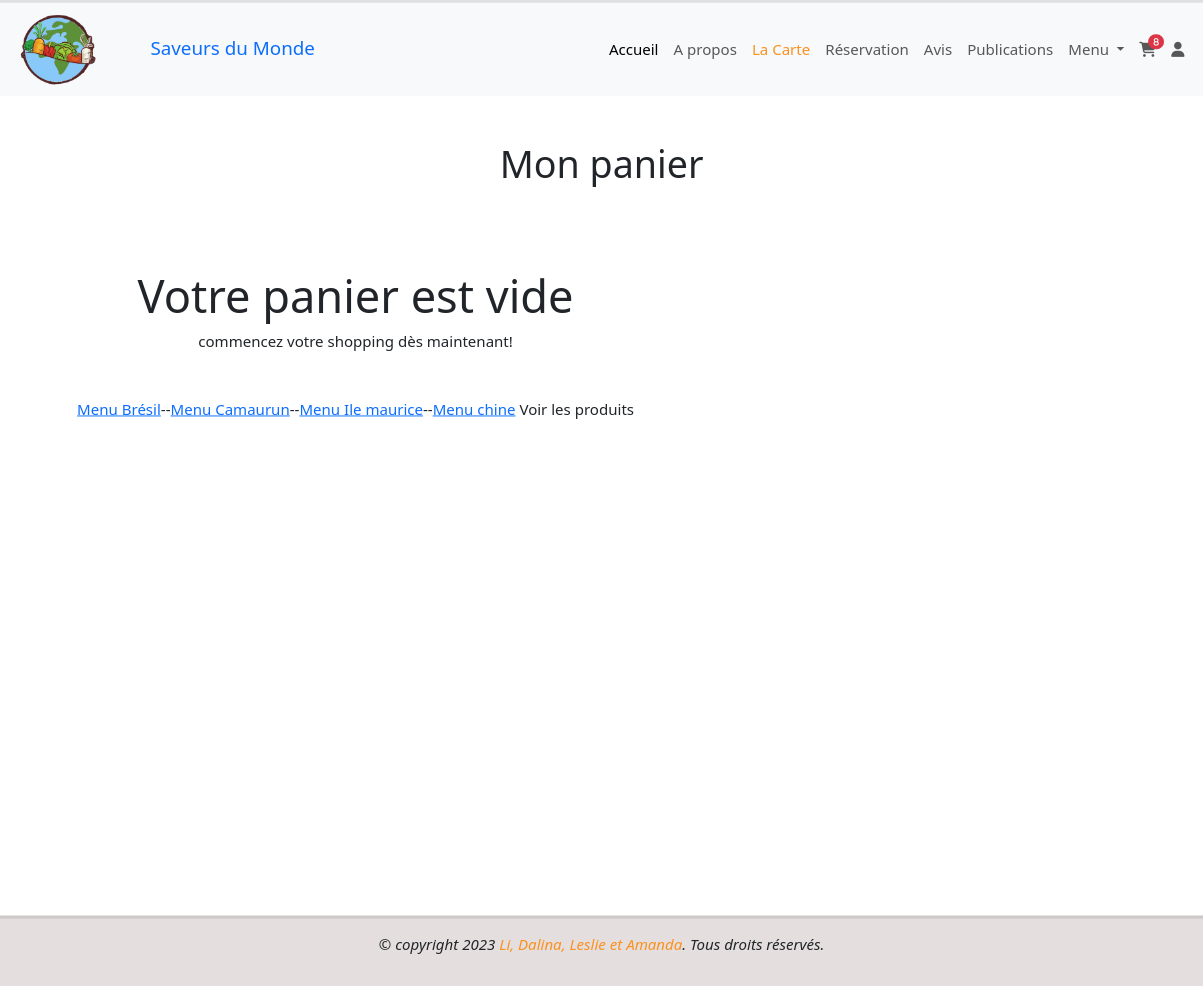
Repository: LI8538/saveur-du-monde
Page: templates/cart/index.html.twig
These files come from the project's save history. The page is drawn as it stood at one moment and after the next save; the edit follows.
The browser window is 1280 px wide. The pictures show the whole page, at 94% of full size.
The page is a Twig template of a Symfony application; nobody is signed in and links lead nowhere. The template is opened directly, without the code that normally fills it, so the values that code supplies are empty.

Above is the page before, as saved 2023-09-07 06:04:17.

### templates/cart/index.html.twig
{% extends 'base.html.twig' %}


{% block title %}Mon Panier{% endblock %}

{% block body %}
<style>
.fa-trash{
    color: red;
}
</style>
<section class="d-flex flex-column text-center justify-content-center mt-5">
<h1>Mon panier</h1>
{% if cart|length > 0 %}
{% set total = null %}
{% for item in cart %}
{% set total = total + (item.product.price * item.quantity) %}
{% set itemTotal = item.product.price * item.quantity %}
<table class="table w-75">
  <thead>
    <tr>
      <th scope="col">Menu</th>
      <th scope="col">Produit</th>
      <th scope="col">Prix Unitaire</th>
      <th scope="col">Quantité</th>
      <th scope="col">Prix par Quantité</th>
    </tr>
  </thead>
  <tbody>
    <tr>
      <td>{{ item.product.category }}</td>
      <td>{{item.product.title}}</td>
      <td>{{ item.product.price }}€</td>
      <td><div class="d-flex flex-row"><a href="{{path('cart_add',{id:item.product.id})}}" class="btn btn-icon fs-xl" data-increment>+</a>
      <input class="form-control w-25" type="number" value="{{item.quantity}}" readonly
        >
      <a href="{{ path('cart_decrease',{id:item.product.id}) }}" class="btn btn-icon fs-xl" data-decrement>-</a></div></td>
       <td>{{ (itemTotal) |number_format(2,',','.') }}€</td>
       <td><div class="nav justify-content-end mt-n5 mt-sm-n3">
    <a class="nav-link fs xl p-2" href="{{ path('cart_remove',{id:item.product.id}) }}" data-bs-toggle="tooltip" title="Remove">
    <i class="fa-solid fa-trash"></i>
    </a>
    </div></td>
    </tr>
    {% endfor %}

    {# Table Total Global #}
    <tr>
      <td><p class="fs-4 mb-2 justify-content-end">Total: {{ (total )|number_format(2,',','.') }} €</p></td>
      <td><a href="{{ path('app_payment', {'totalAmount': total}) }}"><button onclick="">
							 Valider mon panier<i class="fa-solid fa-cart-shopping position-relative"></i>
						</button></a></td>
    </tr>
  </tbody>
</table>


{% else %}
<div class="container d-flex flex-colum justfy-content-center min-vh-100 py-5">
    <div class="text-center pt-4 mt-lg-2">
        <h1 class="display-5">Votre panier est vide</h1>
        <p class="fs-lg pb-2 pb-md-0 mb-4 mb-md-5">commencez votre shopping dès maintenant!</p>
        <a href="{{path('app_bresil')}}">Menu Brésil</a>--<a href="{{path('app_cameroun')}}">Menu Camaurun</a>--<a href="{{path('app_ile_maurice')}}">Menu Ile maurice</a>--<a href="{{path('app_chine')}}">Menu chine</a> Voir les produits</a>
    </div>
</div>

{% endif %}

</section>
{% endblock %}

### templates/base.html.twig
<!DOCTYPE html>
<html>
	<head>
		<meta
		charset="UTF-8">
		{# Titre #}
		<title>
			{% block title %}{% endblock %}
			| Saveurs du Monde
		</title>
		{# Favicon #}
		<link
		rel="icon" href={{ asset('img/favicon.png') }}>
		{# Feuille de Style #}
		<link
		rel="stylesheet" href="{{ asset('style.css') }}">
		{# le lien CDN bootstrap#}
		<link
		href="https://cdn.jsdelivr.net/npm/bootstrap@5.3.1/dist/css/bootstrap.min.css" rel="stylesheet" integrity="sha384-4bw+/aepP/YC94hEpVNVgiZdgIC5+VKNBQNGCHeKRQN+PtmoHDEXuppvnDJzQIu9" crossorigin="anonymous">
		{# le lien CDN FontAwesome #}
		<link rel="stylesheet" href="https://cdnjs.cloudflare.com/ajax/libs/font-awesome/6.4.2/css/all.min.css" integrity="sha512-z3gLpd7yknf1YoNbCzqRKc4qyor8gaKU1qmn+CShxbuBusANI9QpRohGBreCFkKxLhei6S9CQXFEbbKuqLg0DA==" crossorigin="anonymous" referrerpolicy="no-referrer"/> {% block stylesheets %}{% endblock %}
		{# le lien CDN Javascript #}
		<script defer src="https://cdn.jsdelivr.net/npm/bootstrap@5.3.1/dist/js/bootstrap.bundle.min.js" integrity="sha384-HwwvtgBNo3bZJJLYd8oVXjrBZt8cqVSpeBNS5n7C8IVInixGAoxmnlMuBnhbgrkm" crossorigin="anonymous"></script>
		{% block javascripts %}{% endblock %}
	</head>
	<body>
		<style>
			span {
				color: #fb911f;
				font-weigth: bold;
			}
			.trait {
				background-color: #fb911f;
				height: 2px;
				width: 50%;
				text-align: center;
			}

			button {
			width: 8rem;
			color: #ffff;
			background: #fb911f;
			border: none;
			text-transform: uppercase;
			letter-spacing: 2px;
		}
			.footer {
				padding: 15px 40px;
				border-top: 3px solid rgba(0, 0, 0, 0.1);
				background: rgba(228, 222, 222);
				text-align: center;
				font-weight: 300;
				font-style: italic;
			}
			.navbar {
				border-top: 3px solid rgba(0, 0, 0, 0.1);
				background: rgba(228, 222, 222);
				font-weight: 300;
				/* padding: 20px 40px; */
			}
			.containeur_produit {
				width: 300px;
  margin: 20px;
  border: 20px solid #fff;
  box-shadow: 20px 15px 35px rgba(0, 0, 0, 0.8);
}
.containeur_produit img{
  position: relative;
    top: 0;
    left: 0;
    width: 100%;
    height: 200px;
    object-fit: cover;
}
.containeur_produit button{
	width: 3rem;
	border-radius: 10%;
}
		</style>
		<nav class="navbar navbar-expand-lg bg-body-tertiary">
			<div class="container-fluid">
				<a href="{{ path('app_home') }}"><img src={{ asset('img/logo.png') }} width="100" alt="Logo Saveurs du Monde" class="me-5"></a>
				<a class=" navbar-brand me-auto ml-5 text-center text-primary" href="{{ path('app_home') }}">Saveurs du Monde</a>

				<button class="navbar-toggler" type="button" data-bs-toggle="collapse" data-bs-target="#navbarNavDropdown" aria-controls="navbarNavDropdown" aria-expanded="false" aria-label="Toggle navigation">
					<span class="navbar-toggler-icon"></span>
				</button>
				<div class="collapse navbar-collapse" id="navbarNavDropdown">
					<ul class="navbar-nav ms-auto">
						<li class="nav-item">
							<a class="nav-link active" aria-current="page" href="{{ path('app_home') }}">Accueil</a>
						</li>
						<li class="nav-item">
							<a class="nav-link" href="{{ path('app_about') }}">A propos</a>
						</li>
						<li class="nav-item">
							<a class="nav-link" href="{{ path('app_subscription') }}"><span>La Carte</span></a>
						</li>
						<li class="nav-item">
							<a class="nav-link" href="{{ path('app_reservation_new') }}">Réservation</a>
						</li>
						<li class="nav-item">
							<a class="nav-link" href="{{ path('app_review_avis') }}">Avis</a>
						</li>
						<li class="nav-item">
							<a class="nav-link" href="{{ path('app_publication_All') }}">Publications</a>
						</li>

						<li class="nav-item dropdown">
							<a class="nav-link dropdown-toggle" href="#" role="button" data-bs-toggle="dropdown" aria-expanded="false">
								Menu
							</a>
							<ul class="dropdown-menu">
								<li>
									<a class="dropdown-item" href="{{ path('app_bresil') }}">Bresil</a>
								</li>
								<li>
									<a class="dropdown-item" href="{{ path('app_cameroun') }}">Cameroun</a>
								</li>
								<li>
									<a class="dropdown-item" href="{{ path('app_chine') }}">Chine</a>
								</li>
								<li>
									<a class="dropdown-item" href="{{ path('app_ile_maurice') }}">Ile Maurice</a>
								</li>
							</ul>
						</li>
						<li class="nav-item">
							<a class="nav-link" href="{{ path('cart_index') }}">
								<i class="fa-solid fa-cart-shopping position-relative">
									<span class="position-absolute top-0 start-100 translate-middle badge rounded-pill bg-danger" style="font-size: 9px;">
										{# {{ cart|length }} #}
										8
									</span>
								</i>
							</a>
						</li>

						<li class="nav-item">
							{% if is_granted('ROLE_ADMIN') %}
								<a class="nav-link" href="{{ path('admin') }}">Admin</a>
							{% endif %}
						</li>

						<li class="nav-item">
							{% if is_granted('ROLE_USER') %}
								<a class="nav-link" href="{{ path('app_logout') }}">
									<i class="fa-solid fa-right-from-bracket"></i>
								{% endif %}
							</a>
						</li>

						<li class="nav-item">
							{% if not is_granted('ROLE_USER') %}
								<a class="nav-link" href="{{ path('app_login') }}">
									<i class="fa-solid fa-user"></i>
								</a>
							{% endif %}
						</li>

					</ul>
				</div>
			</nav>

			{% block body %}{% endblock %}
			<footer class="footer p-3 mt-5">
				<p>© copyright 2023
					<span>
						Li, Dalina, Leslie et Amanda</span>. Tous droits réservés.</p>
			</footer>
		</body>
	</body>
</html>

### public/style.css
.text-center {
    text-align: center;
}

.center-content {
    text-align: center;
}

.btn-centered {
    text-align: center;
    background-color:#198754;
    color: #fff;
    padding: 5px 10px;
    border-radius: 10px;
    -webkit-border-radius: 10px;
    -moz-border-radius: 10px;
    -ms-border-radius: 10px;
    -o-border-radius: 10px;
    transition: background-color 0.3s, color 0.3s;
}

.btn-centered:hover {
    background-color: #ff9900;
    color: #fff;
}

.bg {
    width: 100%;
}

After the next save:
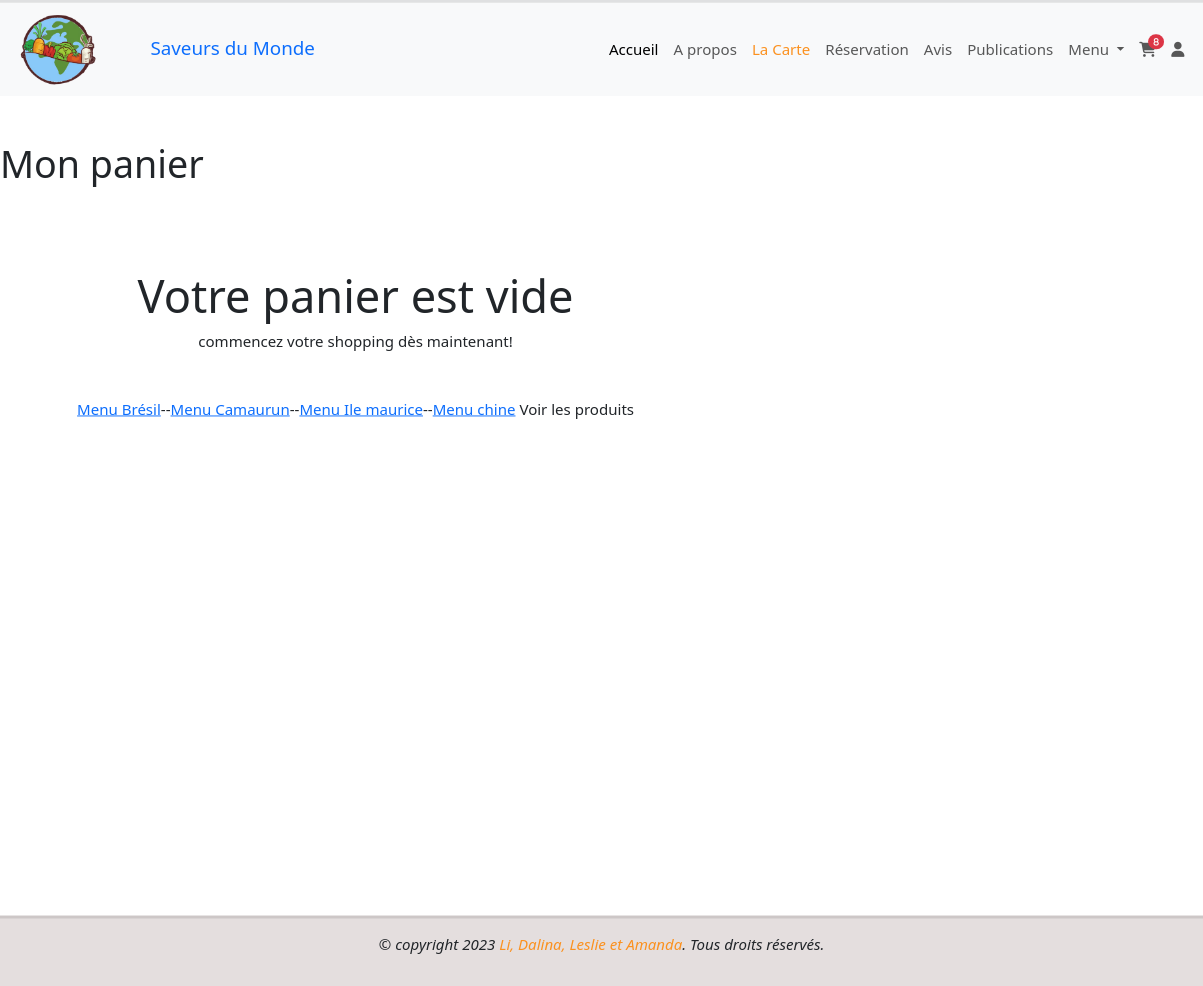
Saved 9 s later.
--- a/templates/cart/index.html.twig
+++ b/templates/cart/index.html.twig
@@ -9,7 +9,7 @@
     color: red;
 }
 </style>
-<section class="d-flex flex-column text-center justify-content-center mt-5">
+<section class="d-flex flex-column justify-content-center mt-5">
 <h1>Mon panier</h1>
 {% if cart|length > 0 %}
 {% set total = null %}

After the save that followed:
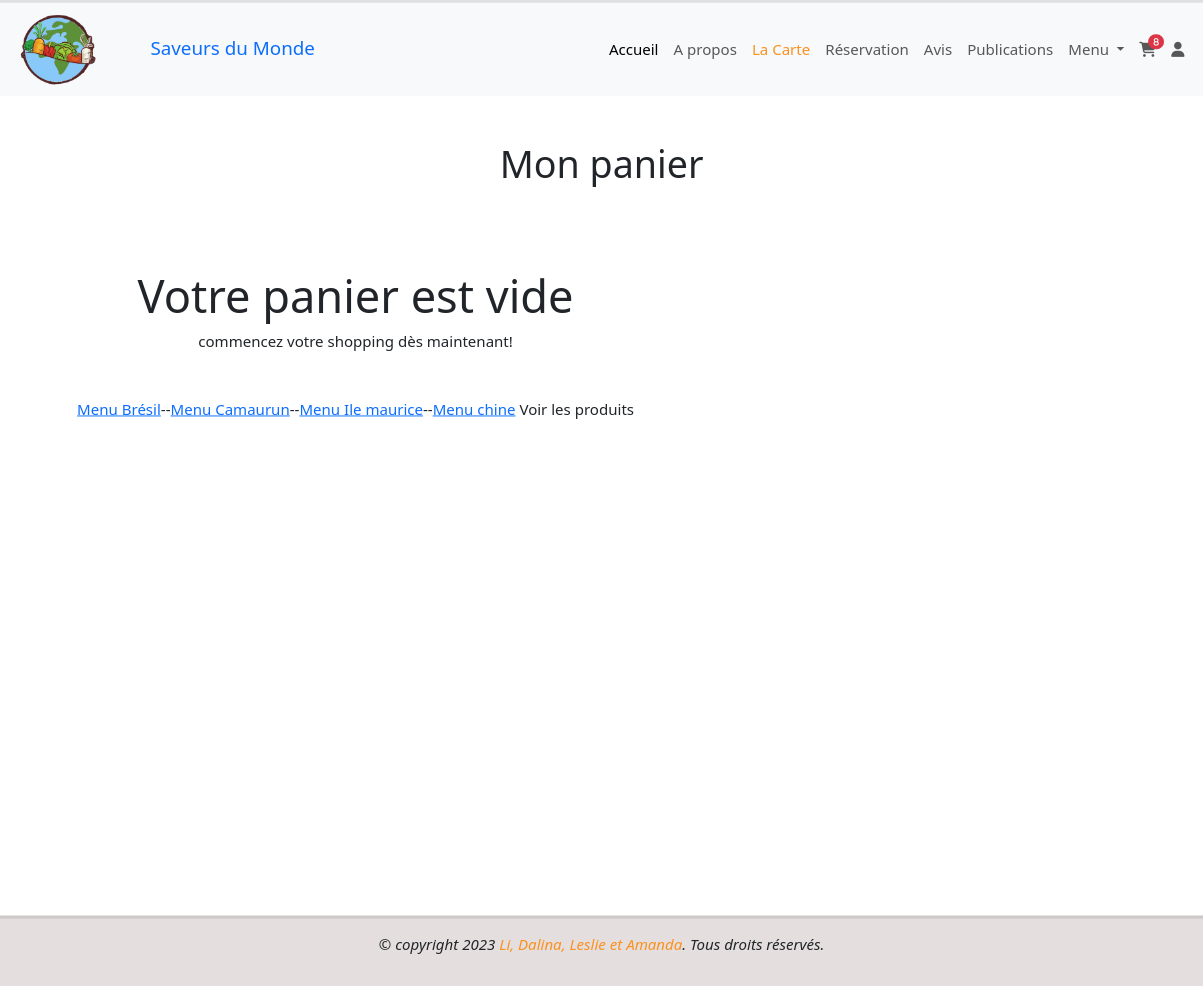
Saved 13 s later.
--- a/templates/cart/index.html.twig
+++ b/templates/cart/index.html.twig
@@ -9,7 +9,7 @@
     color: red;
 }
 </style>
-<section class="d-flex flex-column justify-content-center mt-5">
+<section class="d-flex flex-column text-center align-items-center mt-5">
 <h1>Mon panier</h1>
 {% if cart|length > 0 %}
 {% set total = null %}
